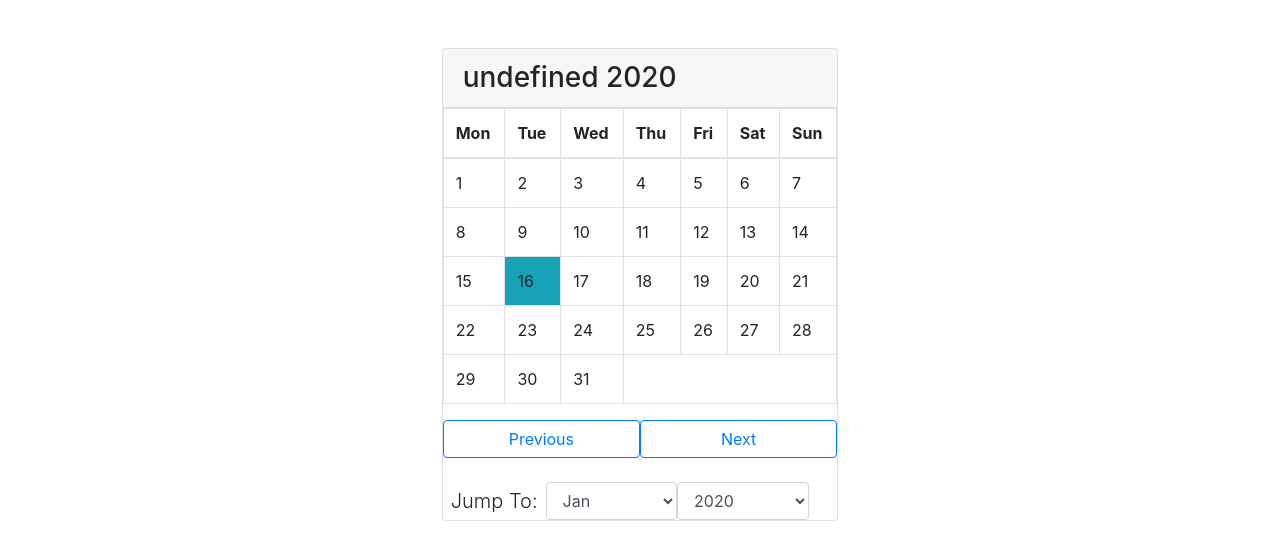
Repository: kkyler24/DayPlanner
Page: Index.html
An editor plug-in stored every save of this project. The page is shown before and after the next save, followed by the edit.
The browser window is 1280 px wide. The pictures show the whole page.
Some web libraries are served in a nearby version.

Above is the page before, as saved 2020-03-25 12:59:48.

After the next save:
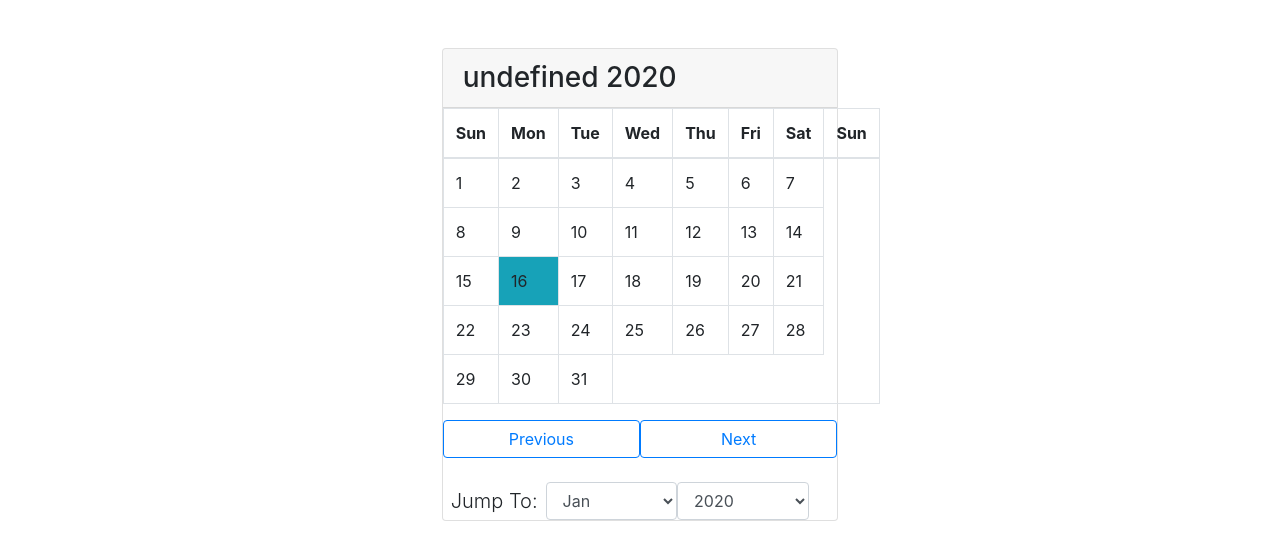
Saved 86 s later.
--- a/Index.html
+++ b/Index.html
@@ -17,6 +17,7 @@
             <table class="table table-bordered table-responsive-md" id="calendar">
                 <thead>
                 <tr>
+                    <th>Sun</th>
                     <th>Mon</th>
                     <th>Tue</th>
                     <th>Wed</th>
